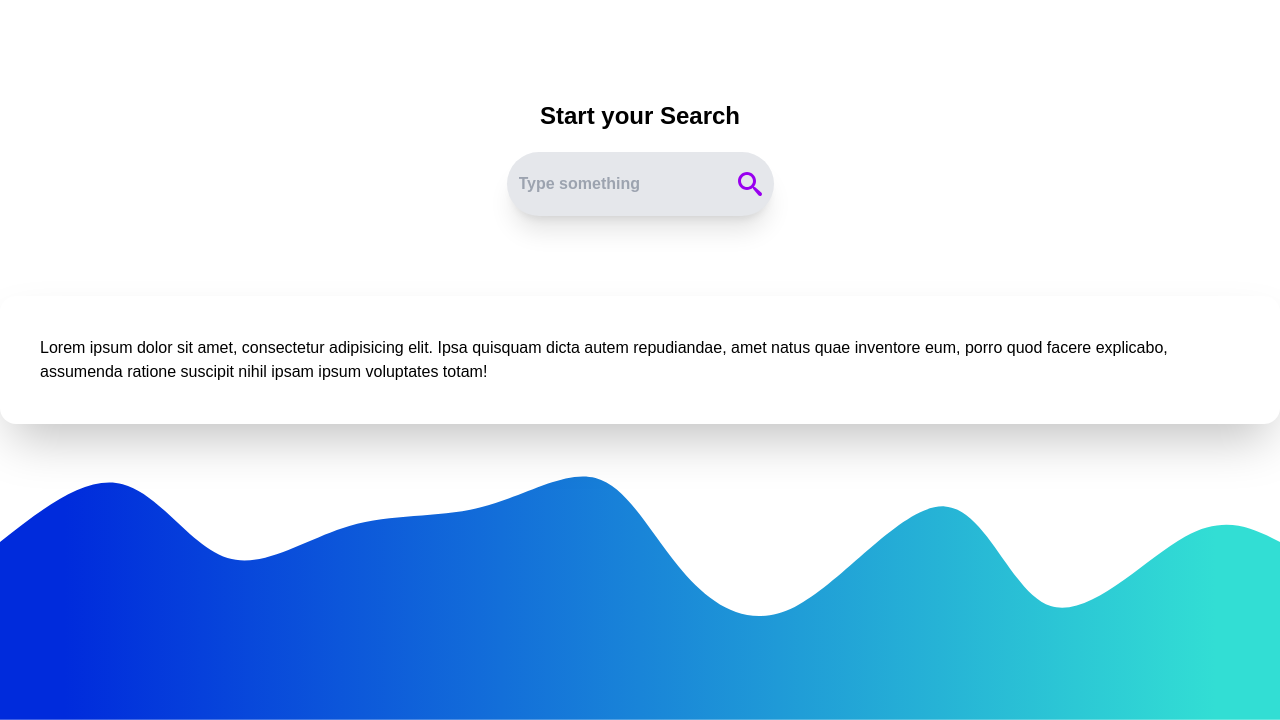
Repository: evergreenx/dictionary-octo
Page: /
An editor plug-in stored every save of this project. The page is shown before and after the next save, followed by the edit.
The browser window is 1280 px wide. The pictures show the whole page.
The project was rebuilt for these pictures with package versions that can differ from the ones it lists, and the page was loaded fresh each time. The framework's server and built-in components were replaced by stand-ins that run in the browser. Also part of the build but not shown: next.config.js.

Above is the page before, as saved 2022-04-30 15:12:07.

After the next save:
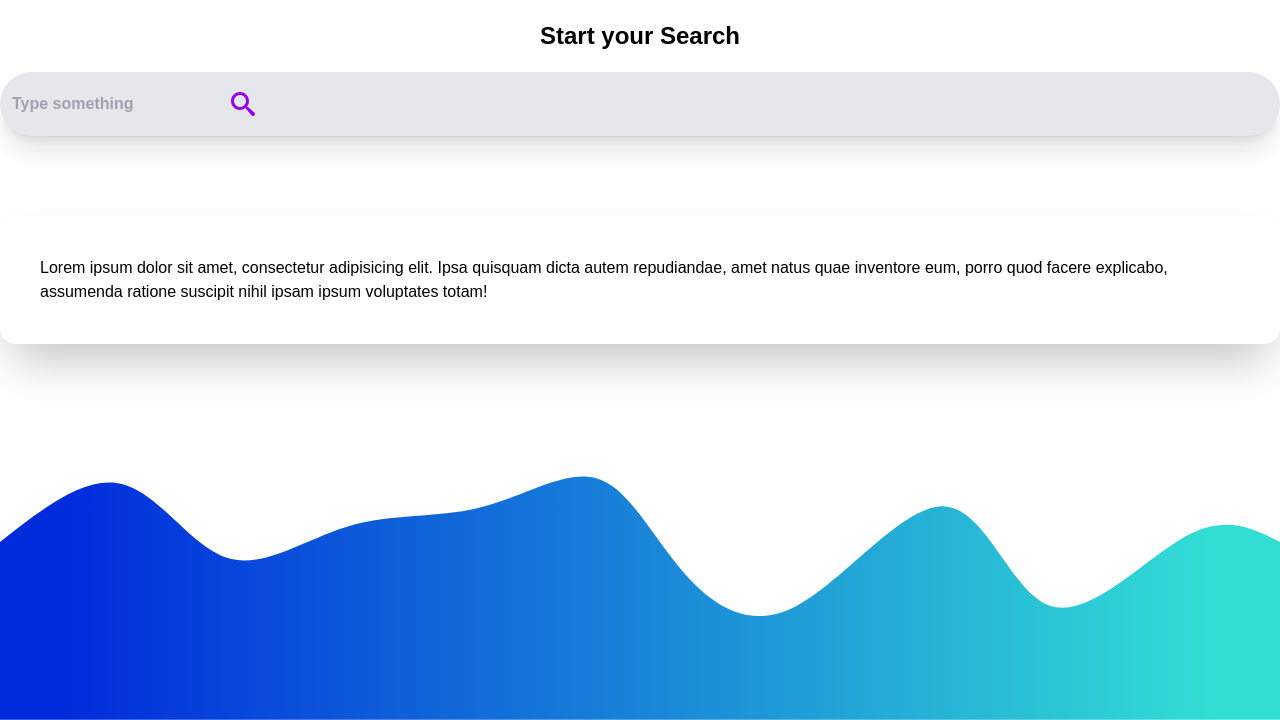
Saved 15 s later.
--- a/pages/index.js
+++ b/pages/index.js
@@ -14,7 +14,7 @@
         <link rel="icon" href="/favicon.ico" />
       </Head>
 
-      <main className=" flex flex-col justify-center items-center py-20">
+      <main className="">
         <section className="input--container pb-20">
           <h1 className="text-2xl font-bold text-center py-5">
             Start your Search

After the save that followed:
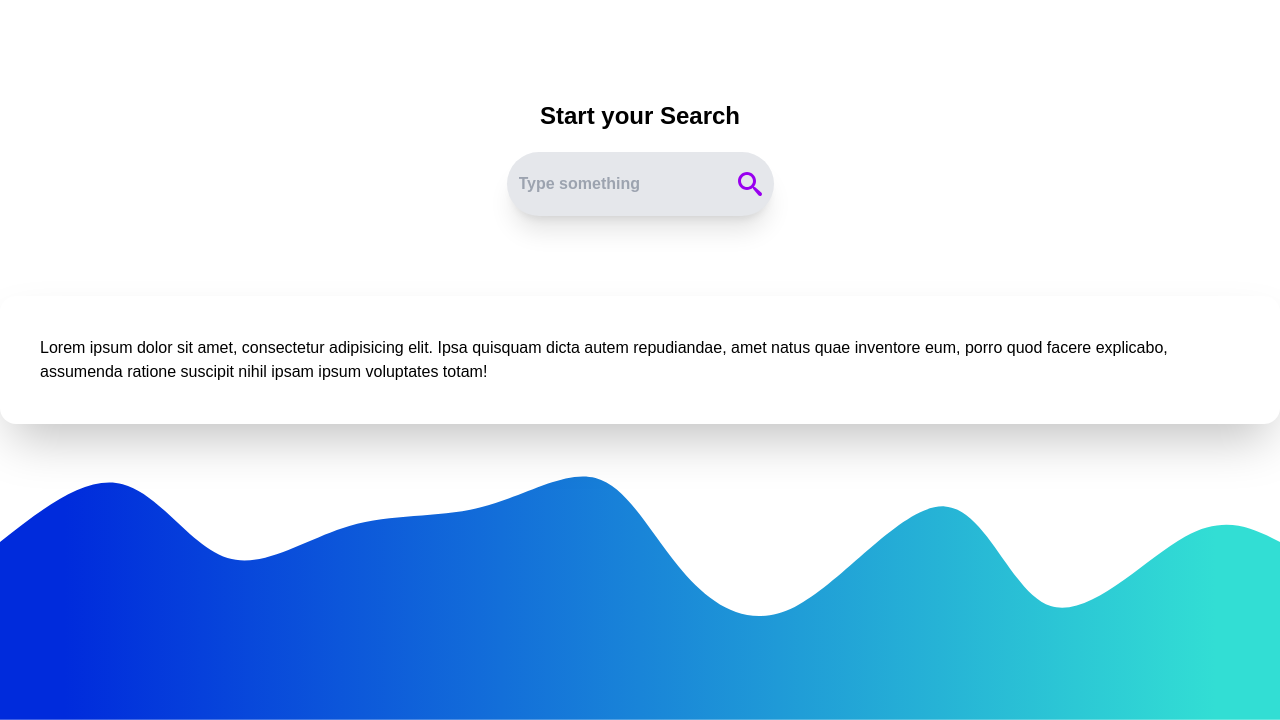
Saved 7 s later.
--- a/pages/index.js
+++ b/pages/index.js
@@ -14,7 +14,7 @@
         <link rel="icon" href="/favicon.ico" />
       </Head>
 
-      <main className="">
+      <main className=" flex flex-col justify-center items-center py-20">
         <section className="input--container pb-20">
           <h1 className="text-2xl font-bold text-center py-5">
             Start your Search
